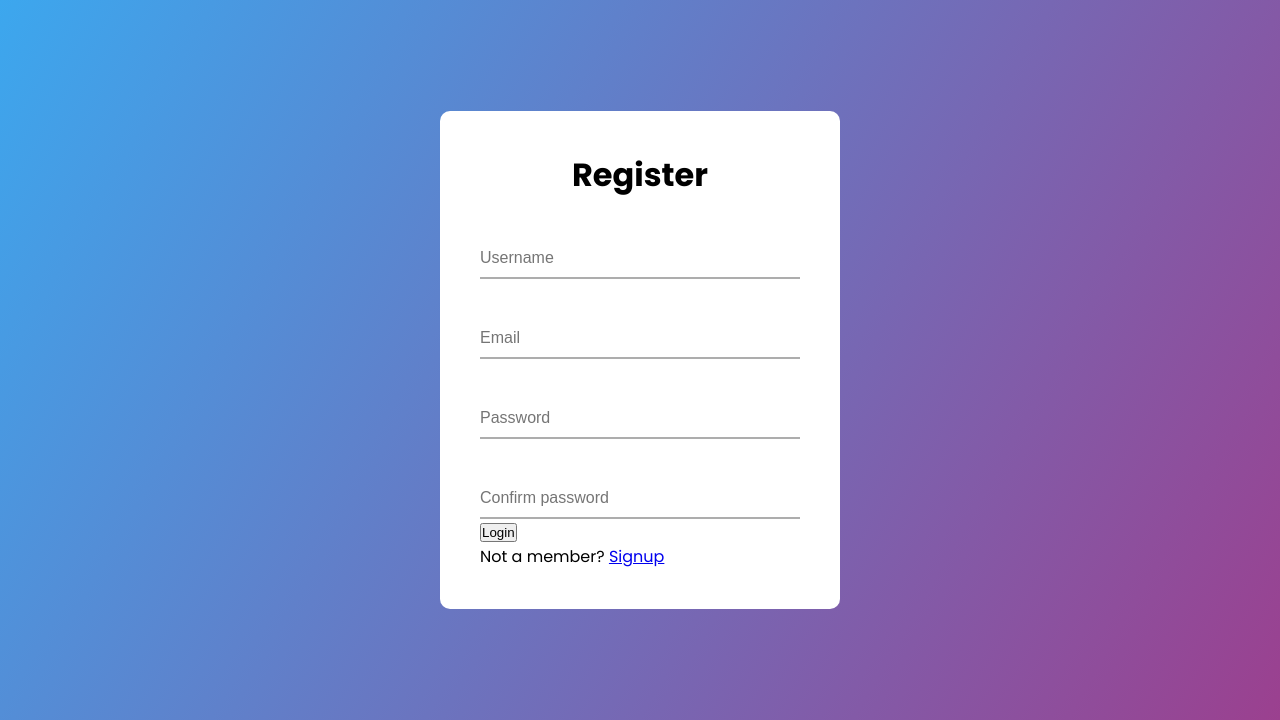
Repository: QUANGTHAI2003/Form-Validation
Page: index.html
The author's editor kept a copy of each file at every save. The page is drawn from the files as they stood at one save, then again after the next save.
The browser window is 1280 px wide. The pictures show the whole page.

Above is the page before, as saved 2022-03-13 15:06:46.

After the next save:
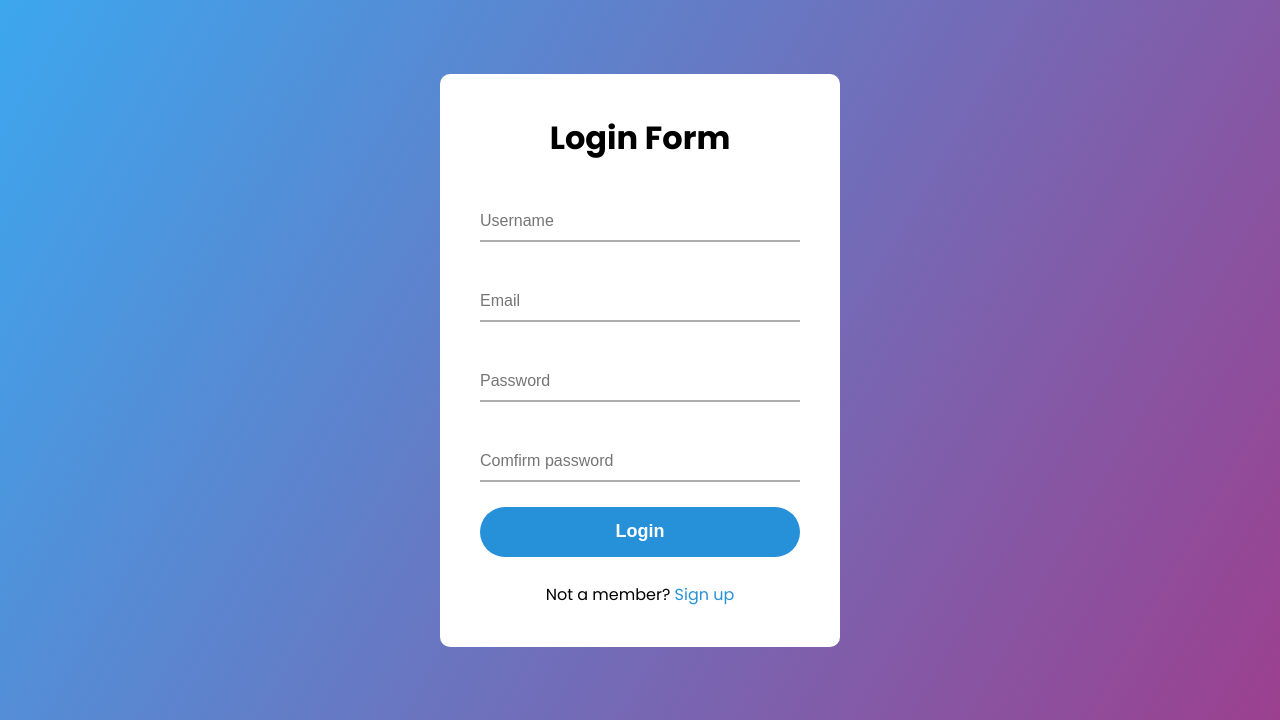
Console error: TypeError: Cannot read properties of null (reading 'addEventListener')
Saved 28 s later.
--- a/index.html
+++ b/index.html
@@ -4,38 +4,35 @@
         <meta charset="UTF-8" />
         <meta http-equiv="X-UA-Compatible" content="IE=edge" />
         <meta name="viewport" content="width=device-width, initial-scale=1.0" />
-        <title>Register Form Validator</title>
-        <link rel="stylesheet" href="style.css" />
+        <title>Document</title>
+        <link rel="stylesheet" href="./style.css" />
     </head>
     <body>
         <div class="container">
-            <h1>Register</h1>
-            <form>
-                <div class="form-control">
-                    <input type="text" id="username" placeholder="Username" />
-                    <span></span>
-                    <small></small>
-                </div>
-                <div class="form-control">
-                    <input type="email" id="email" placeholder="Email" />
-                    <span></span>
-                    <small></small>
-                </div>
-                <div class="form-control">
-                    <input type="password" id="password" placeholder="Password" />
-                    <span></span>
-                    <small></small>
-                </div>
-                <div class="form-control">
-                    <input type="password" id="password2" placeholder="Confirm password" />
-                    <span></span>
-                    <small></small>
-                </div>
-                <input type="submit" value="Login" />
-                <div class="signup_link">Not a member? <a href="#">Signup</a></div>
-            </form>
+            <h1>Login Form</h1>
+            <div class="form-control">
+                <input id="username" type="text" placeholder="Username" />
+                <small></small>
+                <span></span>
+            </div>
+            <div class="form-control">
+                <input id="email" type="email" placeholder="Email" />
+                <small></small>
+                <span></span>
+            </div>
+            <div class="form-control">
+                <input id="password" type="password" placeholder="Password" />
+                <small></small>
+                <span></span>
+            </div>
+            <div class="form-control">
+                <input id="confirm-password" type="password" placeholder="Comfirm password" />
+                <small></small>
+                <span></span>
+            </div>
+            <button type="submit" class="btn-submit">Login</button>
+            <div class="signup-link">Not a member? <a href="#">Sign up</a></div>
         </div>
-
-        <script src="app.js"></script>
     </body>
+    <script src="./app.js"></script>
 </html>

After the save that followed:
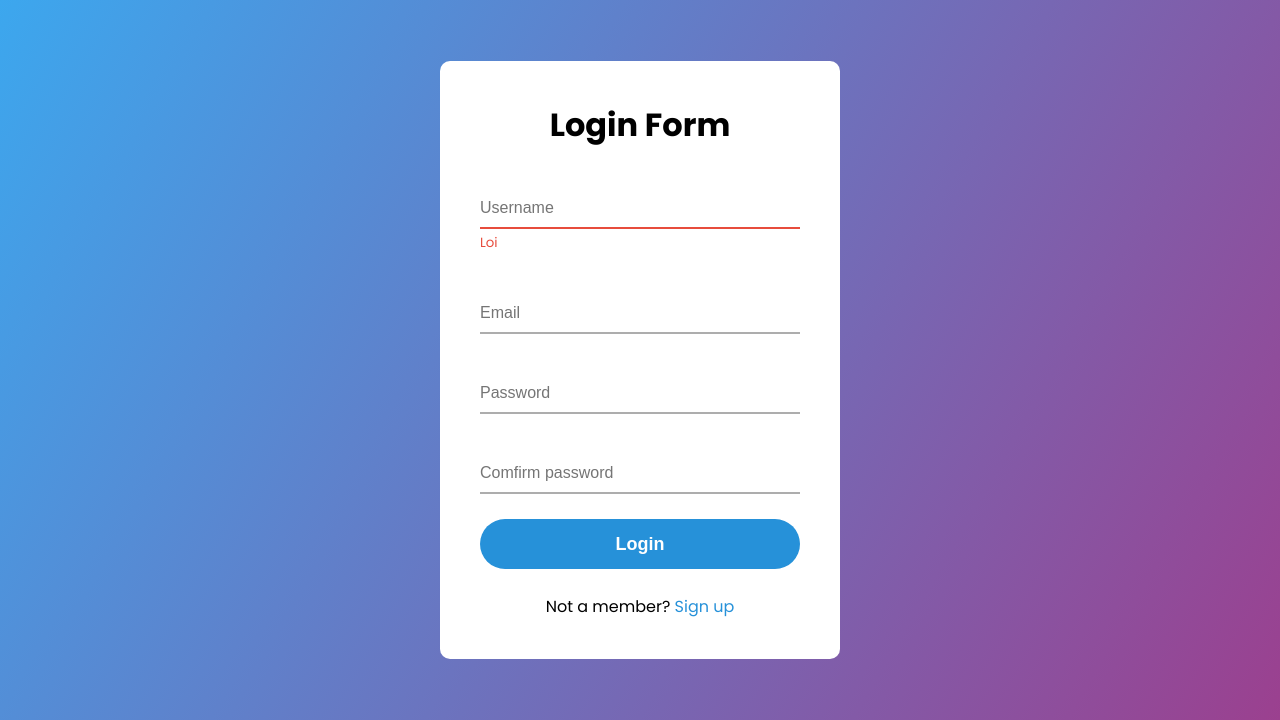
The error is gone.
Saved 22 s later.
--- a/app.js
+++ b/app.js
@@ -1,89 +1,14 @@
-const form = document.querySelector('form')
-const username = document.getElementById('username')
-const email = document.getElementById('email')
-const password = document.getElementById('password')
-const password2 = document.getElementById('password2')
+var username = document.querySelector('#username');
+var email = document.querySelector('#email');
+var password = document.querySelector('#password');
+var confirmPassword = document.querySelector('#confirmPassword');
 
-// Show input error message
 function showError(input, message) {
-    const formControl = input.parentElement
-    formControl.className = 'form-control error'
-    const small = formControl.querySelector('small')
-    small.innerText = message
+    let parent = input.parentElement;
+    let small = parent.querySelector('small');
+
+    parent.classList.add('error');
+    small.innerText = message;
 }
 
-// Show success outline
-function showSuccess(input) {
-    const formControl = input.parentElement
-    formControl.className = 'form-control success'
-    const small = formControl.querySelector('small')
-    small.innerText = ''
-}
-
-// Check email is valid
-function checkEmail(input) {
-    const re =
-        /^(([^<>()\[\]\\.,;:\s@"]+(\.[^<>()\[\]\\.,;:\s@"]+)*)|(".+"))@((\[[0-9]{1,3}\.[0-9]{1,3}\.[0-9]{1,3}\.[0-9]{1,3}\])|(([a-zA-Z\-0-9]+\.)+[a-zA-Z]{2,}))$/
-
-    if (re.test(input.value.trim())) {
-        showSuccess(input)
-    } else {
-        showError(input, 'Email is not valid')
-    }
-}
-
-// Check required fields
-function checkRequired(inputArr) {
-    let isRequired = false
-    inputArr.forEach(function (input) {
-        if (input.value.trim() === '') {
-            showError(input, `${getFieldName(input)} is required`)
-            isRequired = true
-        } else {
-            showSuccess(input)
-        }
-    })
-
-    return isRequired
-}
-
-// Check input length
-function checkLength(input, min, max) {
-    if (input.value.length < min) {
-        showError(
-            input,
-            `${getFieldName(input)} must be at least ${min} characters`
-        )
-    } else if (input.value.length > max) {
-        showError(
-            input,
-            `${getFieldName(input)} must be less than ${max} characters`
-        )
-    } else {
-        showSuccess(input)
-    }
-}
-
-// Check passwords match
-function checkPasswordsMatch(input1, input2) {
-    if (input1.value !== input2.value) {
-        showError(input2, 'Passwords do not match')
-    }
-}
-
-// Get fieldname
-function getFieldName(input) {
-    return input.id.charAt(0).toUpperCase() + input.id.slice(1)
-}
-
-// Event listeners
-form.addEventListener('submit', function (e) {
-    e.preventDefault()
-
-    if (!checkRequired([username, email, password, password2])) {
-        checkLength(username, 3, 15)
-        checkLength(password, 6, 25)
-        checkEmail(email)
-        checkPasswordsMatch(password, password2)
-    }
-})
+showError(username, 'Loi');
